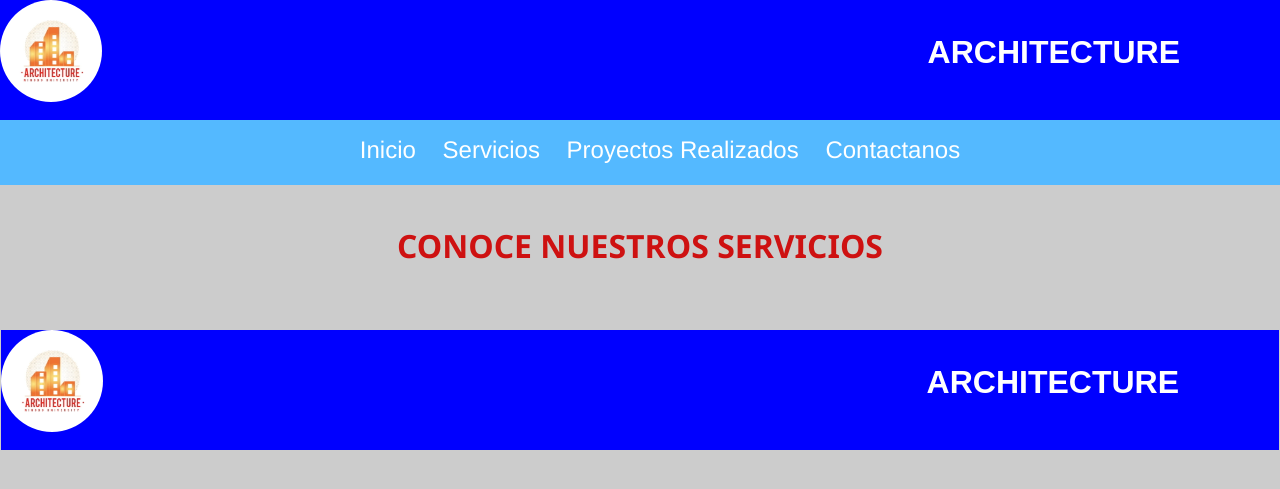
Repository: gabrielestrella18/htdocs
Page: http://localhost/arquitectos/servicios.php
These files come from the project's save history. The page is drawn as it stood at one moment and after the next save; the edit follows.
The browser window is 1280 px wide. The pictures show the whole page.
The page is run by PHP 8.4 with error messages shown; the project is at /var/www/html/.

Above is the page before, as saved 2023-12-06 23:19:44.

### arquitectos/servicios.php
<!DOCTYPE html>
<html lang="en">
  <head>
    <title></title>
    <meta charset="UTF-8">
    <meta name="viewport" content="width=device-width, initial-scale=1">
    <link href="estilo.css" rel="stylesheet">
  </head>
  <body>

<div class="azul">
  <img  class="lg"src="imagenes/arch.jpg" alt="">

  <h1>ARCHITECTURE</h1>
</div>

<div class="menu">
<div class="menuOpciones">
            <a href="#" target="_blank">Inicio</a>
            <a href="#" target="_blank">Servicios</a>
            <a href="#" target="_blank">Proyectos Realizados</a>
            <a href="#" target="_blank">Contactanos</a>
            </div>
            <br><br><br>
<div class="ser">
<h2 class="serv">CONOCE NUESTROS SERVICIOS</h2>

<br> <br> <br>
</div>

<div class="azul">
  <img  class="lg"src="imagenes/arch.jpg" alt="">

  <h1>ARCHITECTURE</h1>
</div>


  </body>
</html>

### arquitectos/estilo.css
* {
    box-sizing: border-box;
    margin: 0;
    padding: 0;
}

body {
    font-family: helvetica;
    font-size: 16px;
    line-height: 24px;
    color: #333;
    background-color: #cccccc;
    max-width: 1400px;
}

.azul {
    background-color: blue;
    padding-bottom: 120px;
}

.lg {
    float: left;
    width: 8%;
    height: 8%;
    border-radius: 80px;
}

h1 {
    color: white;
    float: right;
    font-family: sans-serif;
    text-align: end;
    padding-top: 40px;
    padding-right: 100px;
}

.menu {
    border: 1px #54b9ff solid;
    background-color: #54b9ff;
    height: 65px;
}

.menuOpciones {
    padding-top: 12px;
    text-align: center;
    margin-top: 5px;
    padding-left: 40px;
    font-size: x-large;
}

.menuOpciones a {
    text-decoration: none;
    color: white;
    padding: 10px;
}

.menuOpciones a:hover {
    color: #9c2222;
}

.contenedor_fondo {
    width: 1350px;
    height: 600px;
    margin: auto;
    background-image: url(imagenes/fondoarq.jpg);
    background-repeat: no-repeat;
    background-size: cover;
}

.textofoto {
    /* width: 600px; */
    color: rgb(7, 2, 2);
    margin: auto;
    text-align: center;
    line-height: 35px;
    padding-top: 200px;
}

.botoncito {
    text-align: center;
}

.boton1 {
    color: #ece80f;
    background-color: #ce1111;
    padding-top: 20px;
    padding-bottom: 20px;
    padding-left: 10px;
    padding-right: 10px;
    border-radius: 20px;
}

.ser {
    text-align: center;
}

.serv {
    color: #ce1111;
    font-size: xx-large;
    font-family: 'Segoe UI', Tahoma, Geneva, Verdana, sans-serif;
}

After the next save:
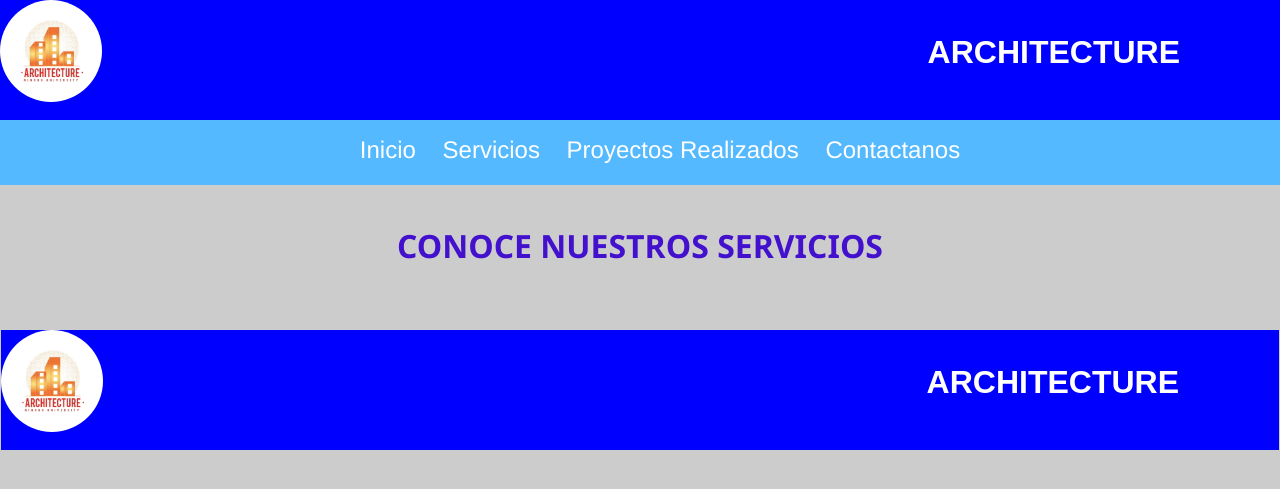
Saved 15 s later.
--- a/arquitectos/estilo.css
+++ b/arquitectos/estilo.css
@@ -95,7 +95,7 @@ h1 {
 }
 
 .serv {
-    color: #ce1111;
+    color: #4311ce;
     font-size: xx-large;
     font-family: 'Segoe UI', Tahoma, Geneva, Verdana, sans-serif;
 }
